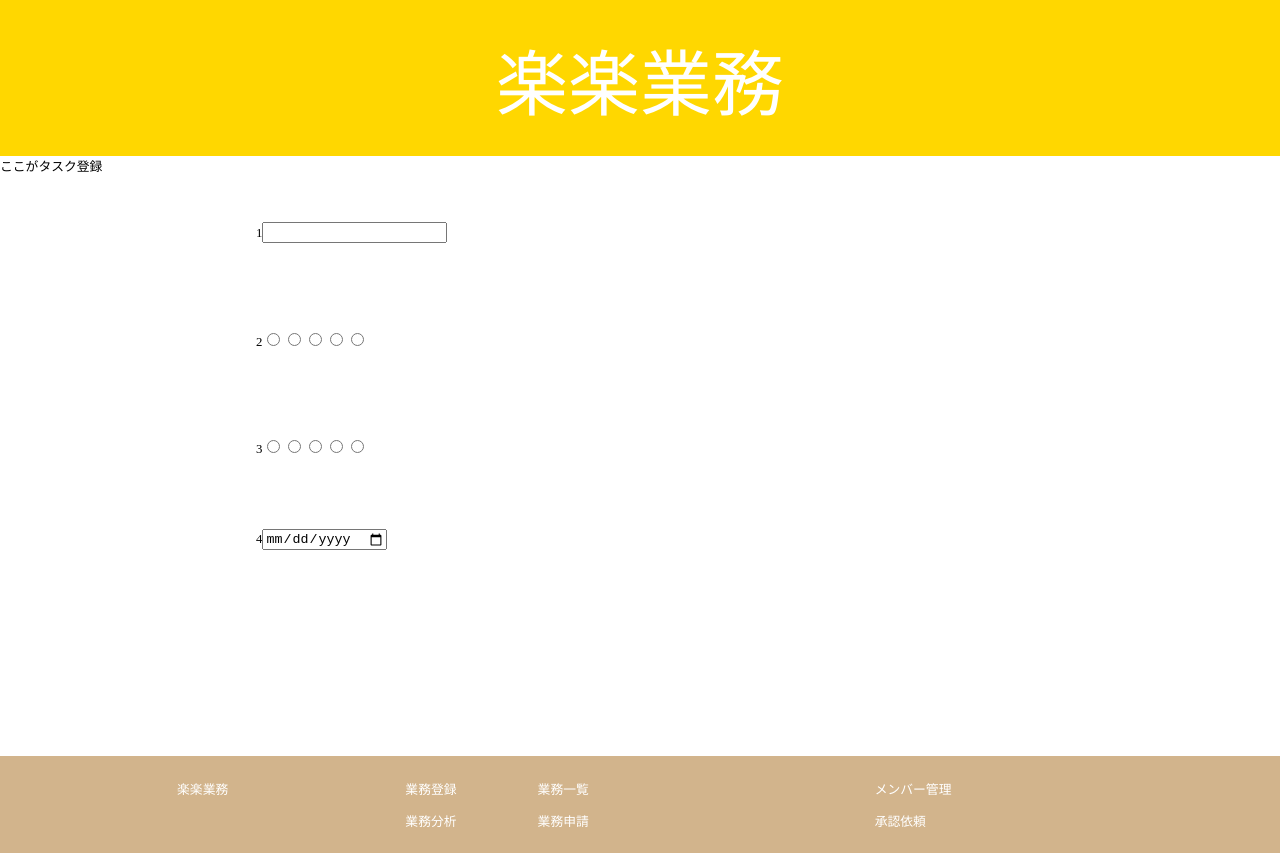
Repository: Reiya-1003/VueReplaceTask
Page: /#/register
These files come from the project's save history. The page is drawn as it stood at one moment and after the next save; the edit follows.
The browser window is 1280 px wide. The pictures show the whole page.
The project was rebuilt for these pictures with package versions that can differ from the ones it lists, and the page was loaded fresh each time. Also part of the build but not shown: vue.config.js, src/components/pages/PageHome.vue.

Above is the page before, as saved 2022-06-16 15:29:53.

After the next save:
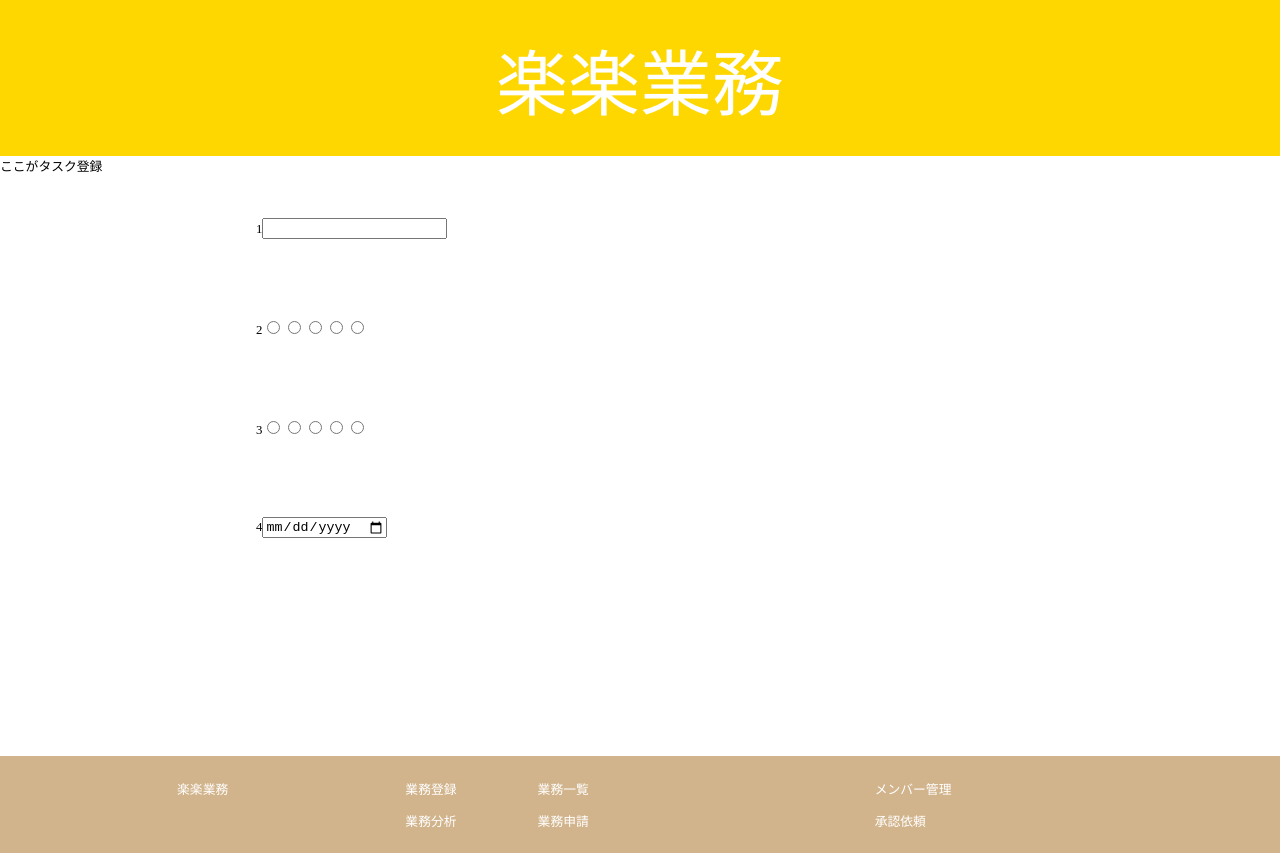
Saved 15 s later.
--- a/src/components/pages/PageRegister.vue
+++ b/src/components/pages/PageRegister.vue
@@ -27,8 +27,7 @@ export default {
   flex-direction: column;
   justify-content: space-around;
   .listitem{
-    padding-top: 2%;
-    padding-bottom: 2%;
+
   }
 
 
